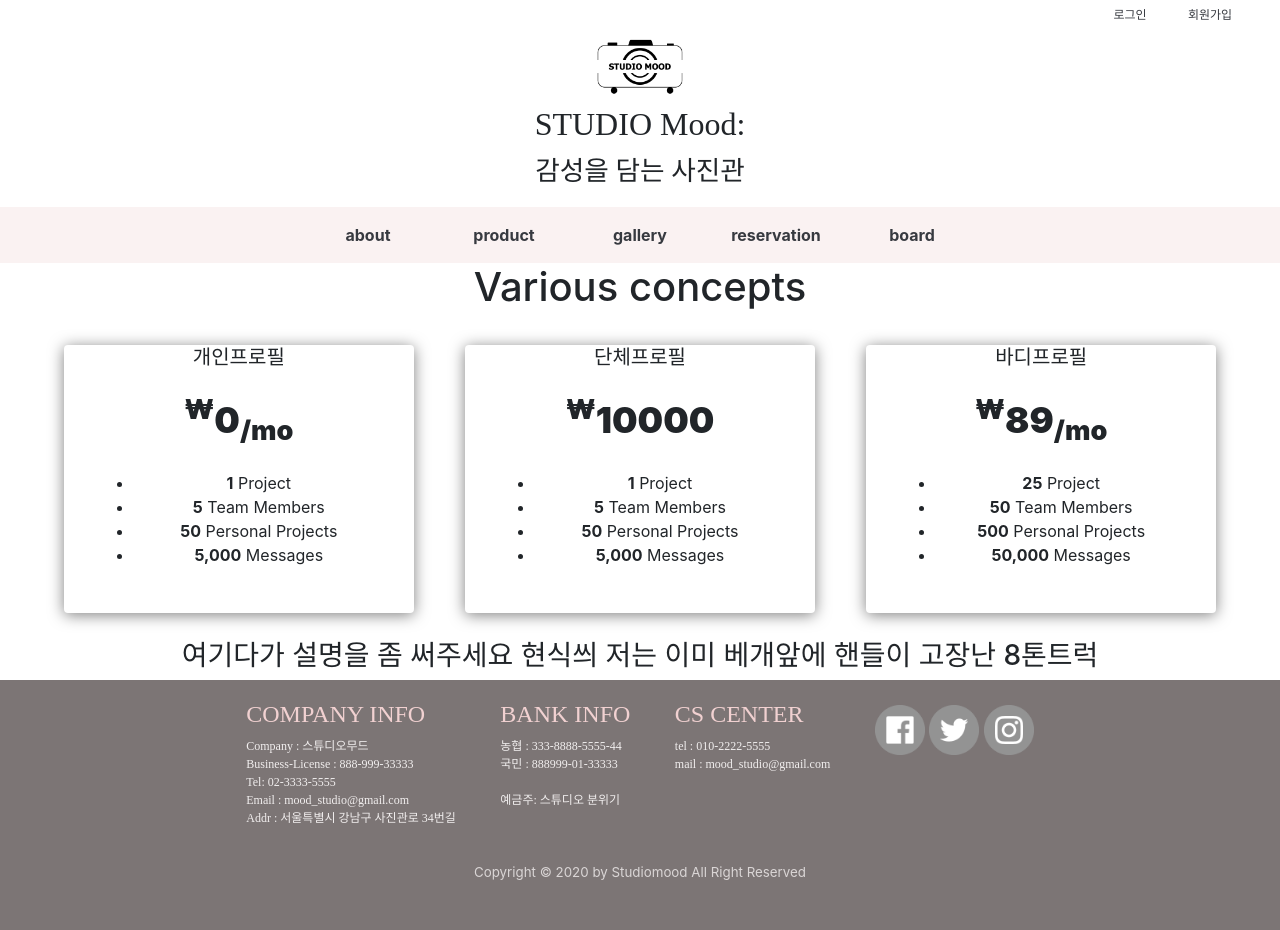
Repository: seugju/HSDsemi
Page: http://localhost/studioMood/views/product/productTest.jsp
The author's editor kept a copy of each file at every save. The page is drawn from the files as they stood at one save, then again after the next save.
The browser window is 1280 px wide. The pictures show the whole page.
Some web fonts or font styles are not loaded; a fallback is used. The page is served by Tomcat 9.

Above is the page before, as saved 2020-12-02 16:37:21.

After the next save:
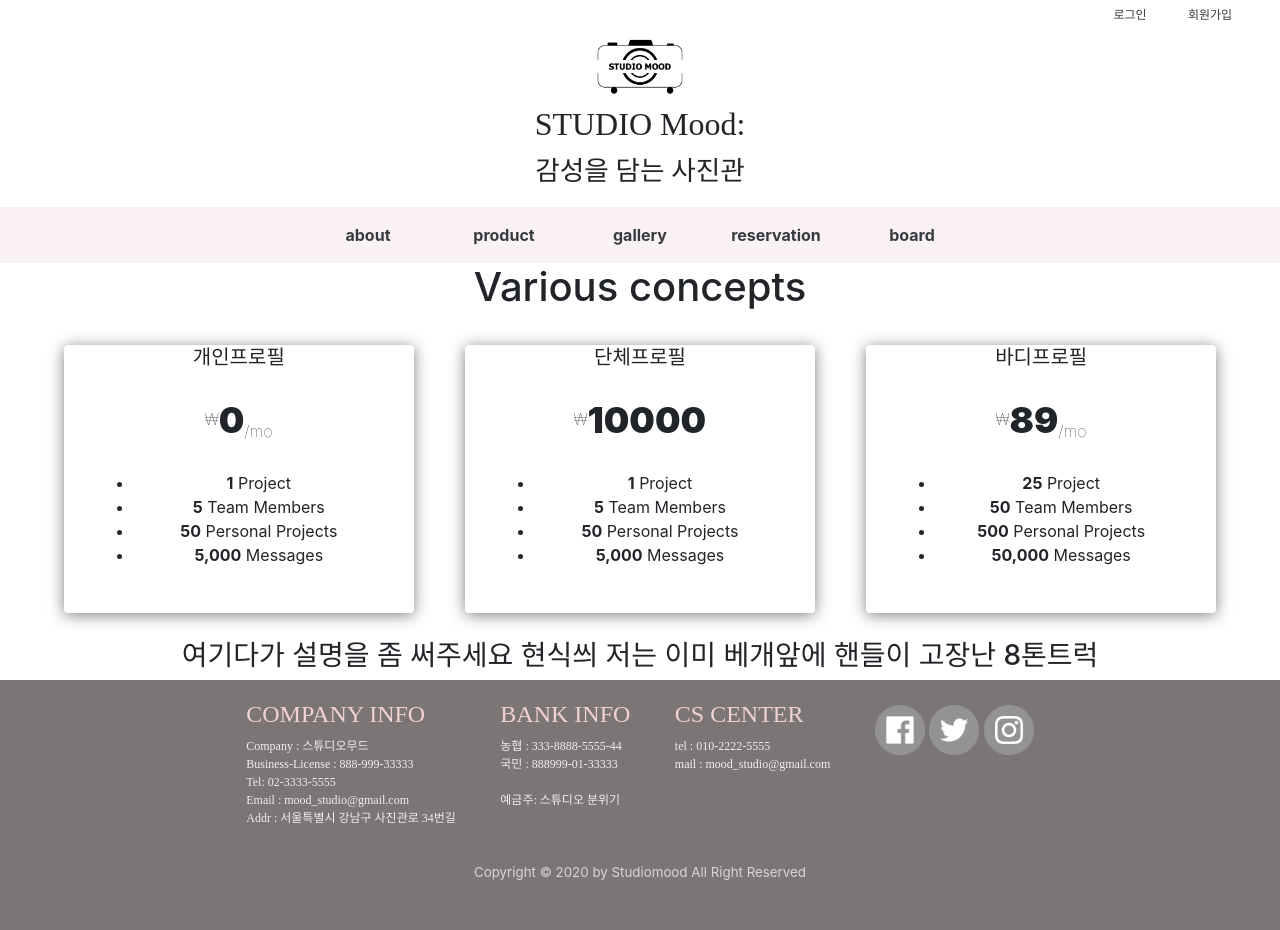
Saved 23 s later.
--- a/project-workspace/studioMood/WebContent/views/product/productTest.jsp
+++ b/project-workspace/studioMood/WebContent/views/product/productTest.jsp
@@ -34,6 +34,10 @@
 	margin: 24px 0;
 	font-size: 36px;
 	font-weight: 900;
+}
+.price sub, .price sup {
+	font-size: 16px;
+	font-weight: 100;
 }
 
 </style>
